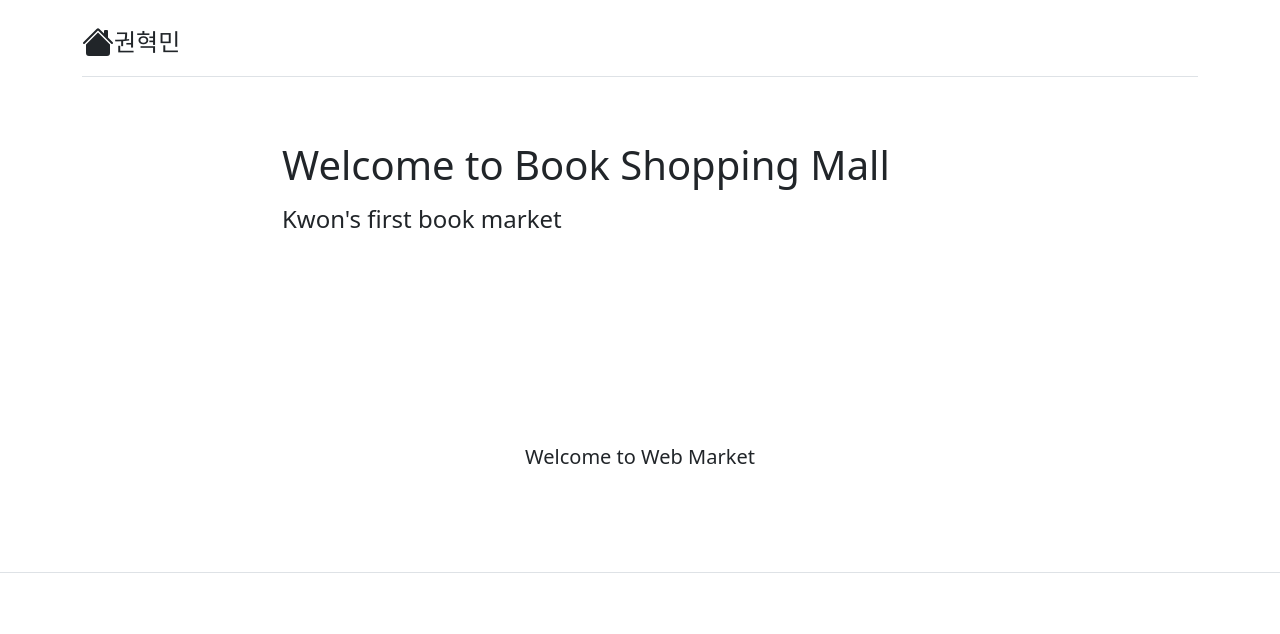
Repository: minn0701/JSP-Webbprogramming
Page: http://localhost/BookMarket/Welcome.jsp
The author's editor kept a copy of each file at every save. The page is drawn from the files as they stood at one save, then again after the next save.
The browser window is 1280 px wide. The pictures show the whole page.
The page is served by Tomcat 9.

Above is the page before, as saved 2024-03-20 13:27:38.

After the next save:
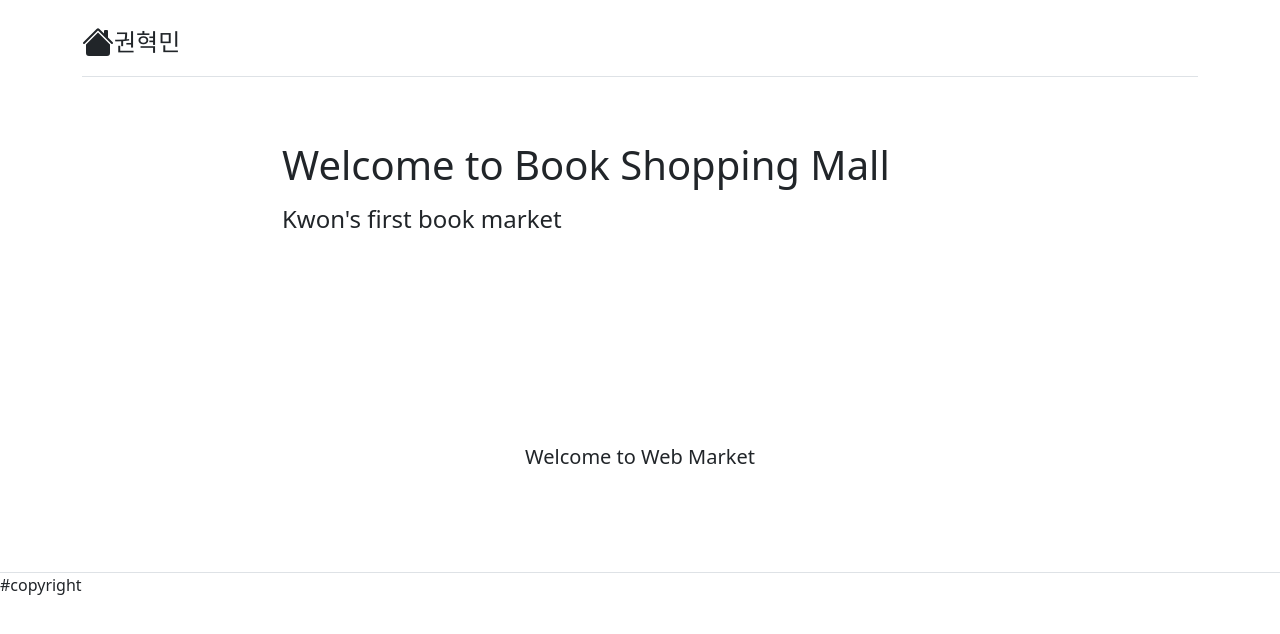
Saved 19 s later.
--- a/BookMarket/src/main/webapp/Welcome.jsp
+++ b/BookMarket/src/main/webapp/Welcome.jsp
@@ -55,7 +55,7 @@
 
 >
 <header class="pb-3 mb-4 border-top">
-
+#copyright
 
 
 
